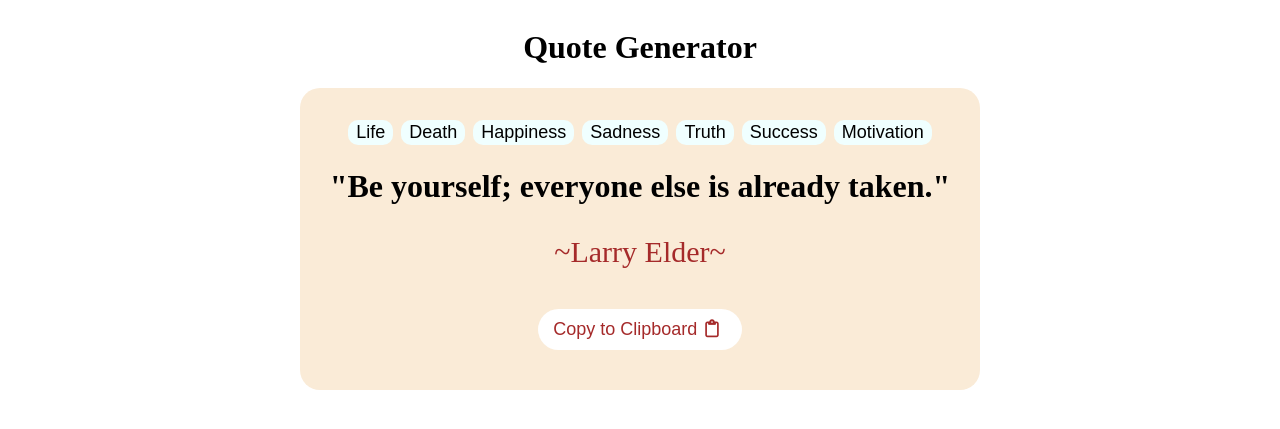
Repository: moehaymanmyint/Random-Quote-Generator
Page: index.html
The author's editor kept a copy of each file at every save. The page is drawn from the files as they stood at one save, then again after the next save.
The browser window is 1280 px wide. The pictures show the whole page.
Some web libraries are served in a nearby version.

Above is the page before, as saved 2024-11-07 22:26:25.

### index.html
<!DOCTYPE html>
<html lang="en">
<head>
    <meta charset="UTF-8">
    <meta name="viewport" content="width=device-width, initial-scale=1.0">
    <title>Quote Generator</title>
    <link rel="stylesheet" href="style.css">
    <!-- Font Awesome Link -->
    <link rel="stylesheet" href="https://cdnjs.cloudflare.com/ajax/libs/font-awesome/6.6.0/css/all.min.css" integrity="sha512-Kc323vGBEqzTmouAECnVceyQqyqdsSiqLQISBL29aUW4U/M7pSPA/gEUZQqv1cwx4OnYxTxve5UMg5GT6L4JJg==" crossorigin="anonymous" referrerpolicy="no-referrer" />
</head>
<body>
    <div class="container">
        <h1>Quote Generator</h1>
        <div class="quote-box">
            <div class="category">
                <input type="button" value="Life">
                <input type="button" value="Death">
                <input type="button" value="Happiness">
                <input type="button" value="Sadness">
                <input type="button" value="Truth">
                <input type="button" value="Success">
                <input type="button" value="Motivation">
            </div>
            <div class="quote">
                <h1 class="quote">"Be yourself; everyone else is already taken."</h1>
                <p class="author">~Larry Elder~</p>
            </div>
            <div class="btn">
                <button class="copy-btn">Copy to Clipboard<i class="fa-regular fa-clipboard"></i></button>
            </div>
        </div>
    </div>
</body>
<script src="app.js"></script>
</html>

### style.css
.container{
    display: flex;
    flex-direction: column;
    align-items: center;
}
.container h1{
    text-align: center;
}

.container p{
    font-size: 30px;
    color: brown;
    text-align: center;
}

.quote-box{
    background-color: antiquewhite;
    padding: 30px;
    display: flex;
    flex-direction: column;
    align-items: center;
    border-radius: 20px;
}

.generate-btn{
    padding: 10px 15px;
    border: none;
    border-radius: 40px;
    background-color: brown;
    color: antiquewhite;
    margin: 10px;
    cursor: pointer;
    font-size: 18px;
}

.copy-btn{
    padding: 10px 15px;
    border: none;
    border-radius: 40px;
    background-color: white;
    color: brown;
    margin: 10px;
    cursor: pointer;
    font-size: 18px;
}

i{
    padding: 0 8px;
}

input{
    background-color: azure;
    border: none;
    border-radius: 10px;
    padding: 2px 8px;
    font-size: 18px;
    margin: 2px;
    cursor: pointer;
}

### app.js
let quotes = {
    Life: [
        { quote: "Life is what happens when you're busy making other plans.", author: "John Lennon" },
        { quote: "Get busy living or get busy dying.", author: "Stephen King" },
        { quote: "You only live once, but if you do it right, once is enough.", author: "Mae West" },
        { quote: "Life is really simple, but we insist on making it complicated.", author: "Confucius" },
        { quote: "In the end, it’s not the years in your life that count. It’s the life in your years.", author: "Abraham Lincoln" },
    ],
    Death: [
        { quote: "Death is not the opposite of life, but a part of it.", author: "Haruki Murakami" },
        { quote: "To the well-organized mind, death is but the next great adventure.", author: "J.K. Rowling" },
        { quote: "The life of the dead is placed in the memory of the living.", author: "Marcus Tullius Cicero" },
        { quote: "Our dead are never dead to us, until we have forgotten them.", author: "George Eliot" },
        { quote: "Death may be the greatest of all human blessings.", author: "Socrates" },
    ],
    Happiness: [
        { quote: "Happiness is not something ready-made. It comes from your own actions.", author: "Dalai Lama" },
        { quote: "For every minute you are angry, you lose sixty seconds of happiness.", author: "Ralph Waldo Emerson" },
        { quote: "Happiness depends upon ourselves.", author: "Aristotle" },
        { quote: "Happiness is not by chance, but by choice.", author: "Jim Rohn" },
        { quote: "The purpose of our lives is to be happy.", author: "Dalai Lama" },
    ],
    Sadness: [
        { quote: "Tears come from the heart and not from the brain.", author: "Leonardo da Vinci" },
        { quote: "Sadness flies away on the wings of time.", author: "Jean de La Fontaine" },
        { quote: "The word 'happiness' would lose its meaning if it were not balanced by sadness.", author: "Carl Jung" },
        { quote: "Every human walks around with a certain kind of sadness.", author: "Henri Nouwen" },
        { quote: "Even a happy life cannot be without a measure of darkness.", author: "Carl Jung" },
    ],
    Truth: [
        { quote: "In a time of deceit, telling the truth is a revolutionary act.", author: "George Orwell" },
        { quote: "If you tell the truth, you don't have to remember anything.", author: "Mark Twain" },
        { quote: "Three things cannot be long hidden: the sun, the moon, and the truth.", author: "Buddha" },
        { quote: "The truth will set you free, but first it will make you miserable.", author: "James A. Garfield" },
        { quote: "Honesty is the first chapter in the book of wisdom.", author: "Thomas Jefferson" },
    ],
    Success: [
        { quote: "Success is not final, failure is not fatal: It is the courage to continue that counts.", author: "Winston Churchill" },
        { quote: "Success usually comes to those who are too busy to be looking for it.", author: "Henry David Thoreau" },
        { quote: "The way to get started is to quit talking and begin doing.", author: "Walt Disney" },
        { quote: "Don’t be afraid to give up the good to go for the great.", author: "John D. Rockefeller" },
        { quote: "Success is walking from failure to failure with no loss of enthusiasm.", author: "Winston Churchill" },
    ],
    Motivation: [
        { quote: "The only way to do great work is to love what you do.", author: "Steve Jobs" },
        { quote: "The future belongs to those who believe in the beauty of their dreams.", author: "Eleanor Roosevelt" },
        { quote: "Don’t watch the clock; do what it does. Keep going.", author: "Sam Levenson" },
        { quote: "Believe you can and you’re halfway there.", author: "Theodore Roosevelt" },
        { quote: "Start where you are. Use what you have. Do what you can.", author: "Arthur Ashe" },
    ]
};

let quote = document.querySelector(".quote");
let author = document.querySelector(".author");
let category = document.querySelectorAll(".category input");

After the next save:
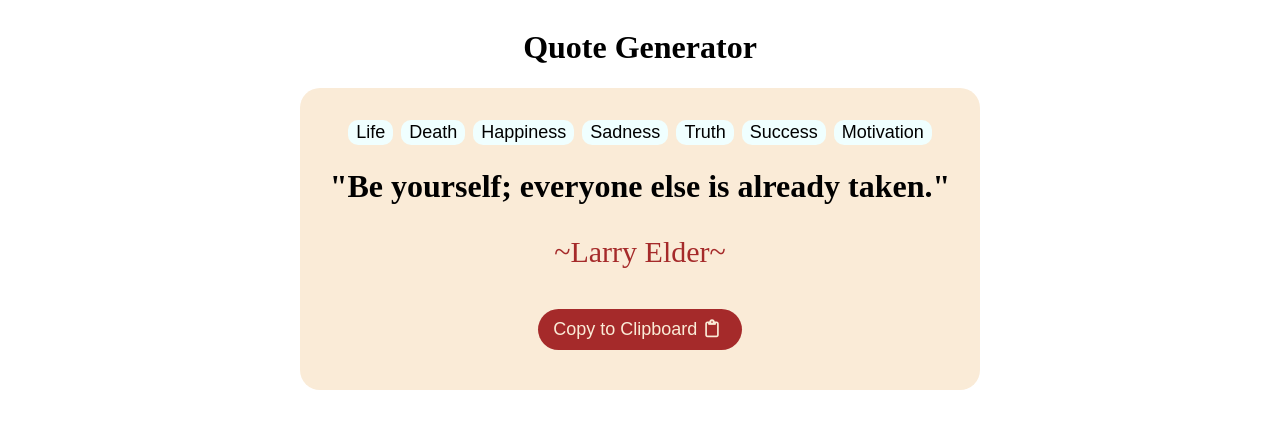
Saved 21 s later.
--- a/style.css
+++ b/style.css
@@ -22,23 +22,12 @@
     border-radius: 20px;
 }
 
-.generate-btn{
+.copy-btn{
     padding: 10px 15px;
     border: none;
     border-radius: 40px;
     background-color: brown;
     color: antiquewhite;
-    margin: 10px;
-    cursor: pointer;
-    font-size: 18px;
-}
-
-.copy-btn{
-    padding: 10px 15px;
-    border: none;
-    border-radius: 40px;
-    background-color: white;
-    color: brown;
     margin: 10px;
     cursor: pointer;
     font-size: 18px;
